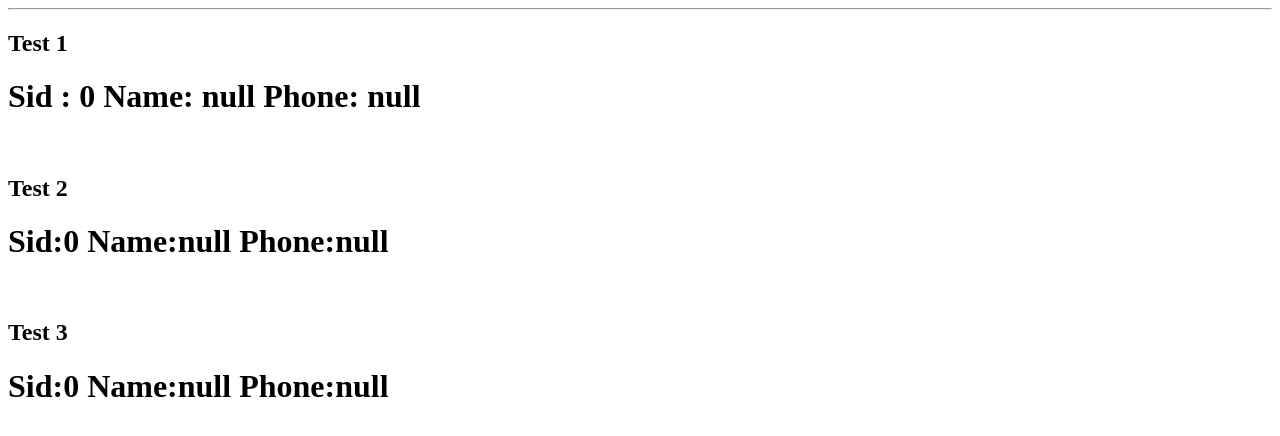
Repository: avinashxr10/Java-Codes
Page: http://localhost/JSP3/result.jsp
The author's editor kept a copy of each file at every save. The page is drawn from the files as they stood at one save, then again after the next save.
The browser window is 1280 px wide. The pictures show the whole page.
The page is served by Tomcat 9.

Above is the page before, as saved 2021-12-29 16:45:45.

### JSP/JSP3/src/main/webapp/result.jsp
<%@ page language="java" contentType="text/html; charset=ISO-8859-1"
	pageEncoding="ISO-8859-1"%>

<%@page import="com.jtcindia.jsp.*"%>
<!DOCTYPE html PUBLIC "-//W3C//DTD HTML 4.01 Transitional//EN" "http://www.w3.org/TR/html4/loose.dtd">
<html>
<head>
<meta http-equiv="Content-Type" content="text/html; charset=ISO-8859-1">
<title>Insert title here</title>
</head>
<body>
	<jsp:useBean id="ST1" class="com.jtcindia.jsp.Student">
		<jsp:setProperty property="sid" name="ST1" />
	</jsp:useBean>

	<hr>
	<h2>Test 1</h2>

	<h1>
		Sid :
		<jsp:getProperty property="sid" name="ST1" />
		Name:
		<jsp:getProperty property="name" name="ST1" />
		Phone:
		<jsp:getProperty property="phone" name="ST1" />
	</h1>
	<br>

	<jsp:useBean id="ST2" class="com.jtcindia.jsp.Student">
		<jsp:setProperty property="sid" name="ST2" />
	</jsp:useBean>

	<h2>Test 2</h2>
	<h1>
		Sid:<jsp:getProperty property="sid" name="ST2" />
		Name:<jsp:getProperty property="name" name="ST2" />
		Phone:<jsp:getProperty property="phone" name="ST2" />
	</h1>
	<br>

	<jsp:useBean id="ST3" class="com.jtcindia.jsp.Student">
		<jsp:setProperty property="sid" name="ST3" />
		<jsp:setProperty property="phone" name="ST3" param="mobile" />
	</jsp:useBean>

	<h2>Test 3</h2>
	<h1>
		Sid:<jsp:getProperty property="sid" name="ST3" />
		Name:<jsp:getProperty property="name" name="ST3" />
		Phone:<jsp:getProperty property="phone" name="ST3" />
	</h1>

</body>
</html>

### JSP/JSP3/src/main/java/com/jtcindia/jsp/Student.java
package com.jtcindia.jsp;

public class Student {
	private int sid;
	private String name;
	private String phone;

	public int getSid() {
		return sid;
	}

	public void setSid(int sid) {
		this.sid = sid;
	}

	public String getName() {
		return name;
	}

	public void setName(String name) {
		this.name = name;
	}

	public String getPhone() {
		return phone;
	}

	public void setPhone(String phone) {
		this.phone = phone;
	}

}

After the next save:
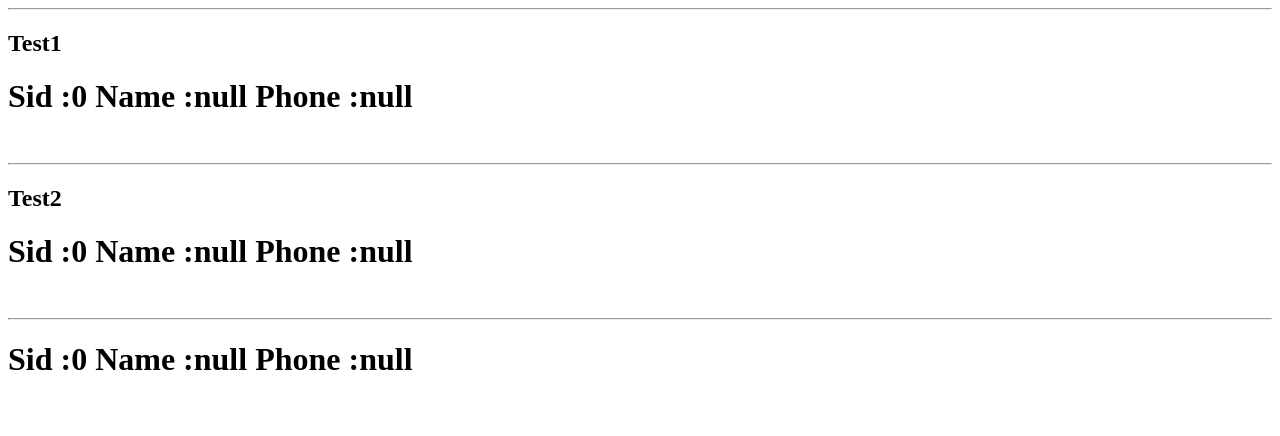
Saved 3 min 32 s later.
--- a/JSP/JSP3/src/main/webapp/result.jsp
+++ b/JSP/JSP3/src/main/webapp/result.jsp
@@ -14,40 +14,34 @@
 	</jsp:useBean>
 
 	<hr>
-	<h2>Test 1</h2>
+	<h2>Test1</h2>
+	<h1>
+		Sid :<jsp:getProperty property="sid" name="ST1" />
+		Name :<jsp:getProperty property="name" name="ST1" />
+		Phone :<jsp:getProperty property="phone" name="ST1" />
+	</h1>
 
+	<br>
+	<jsp:useBean id="ST2" class="com.jtcindia.jsp.Student"></jsp:useBean>
+	<jsp:setProperty property="*" name="ST2" />
+
+	<hr>
+	<h2>Test2</h2>
 	<h1>
-		Sid :
-		<jsp:getProperty property="sid" name="ST1" />
-		Name:
-		<jsp:getProperty property="name" name="ST1" />
-		Phone:
-		<jsp:getProperty property="phone" name="ST1" />
+		Sid :<jsp:getProperty property="sid" name="ST2" />
+		Name :<jsp:getProperty property="name" name="ST2" />
+		Phone :<jsp:getProperty property="phone" name="ST2" />
 	</h1>
+
 	<br>
-
-	<jsp:useBean id="ST2" class="com.jtcindia.jsp.Student">
-		<jsp:setProperty property="sid" name="ST2" />
-	</jsp:useBean>
-
-	<h2>Test 2</h2>
+	<jsp:useBean id="ST3" class="com.jtcindia.jsp.Student"></jsp:useBean>
+	<jsp:setProperty property="sid" name="ST3" />
+	<jsp:setProperty property="phone" name="ST3" param="mobile" />
+	<hr>
 	<h1>
-		Sid:<jsp:getProperty property="sid" name="ST2" />
-		Name:<jsp:getProperty property="name" name="ST2" />
-		Phone:<jsp:getProperty property="phone" name="ST2" />
-	</h1>
-	<br>
-
-	<jsp:useBean id="ST3" class="com.jtcindia.jsp.Student">
-		<jsp:setProperty property="sid" name="ST3" />
-		<jsp:setProperty property="phone" name="ST3" param="mobile" />
-	</jsp:useBean>
-
-	<h2>Test 3</h2>
-	<h1>
-		Sid:<jsp:getProperty property="sid" name="ST3" />
-		Name:<jsp:getProperty property="name" name="ST3" />
-		Phone:<jsp:getProperty property="phone" name="ST3" />
+		Sid :<jsp:getProperty property="sid" name="ST3" />
+		Name :<jsp:getProperty property="name" name="ST3" />
+		Phone :<jsp:getProperty property="phone" name="ST3" />
 	</h1>
 
 </body>
